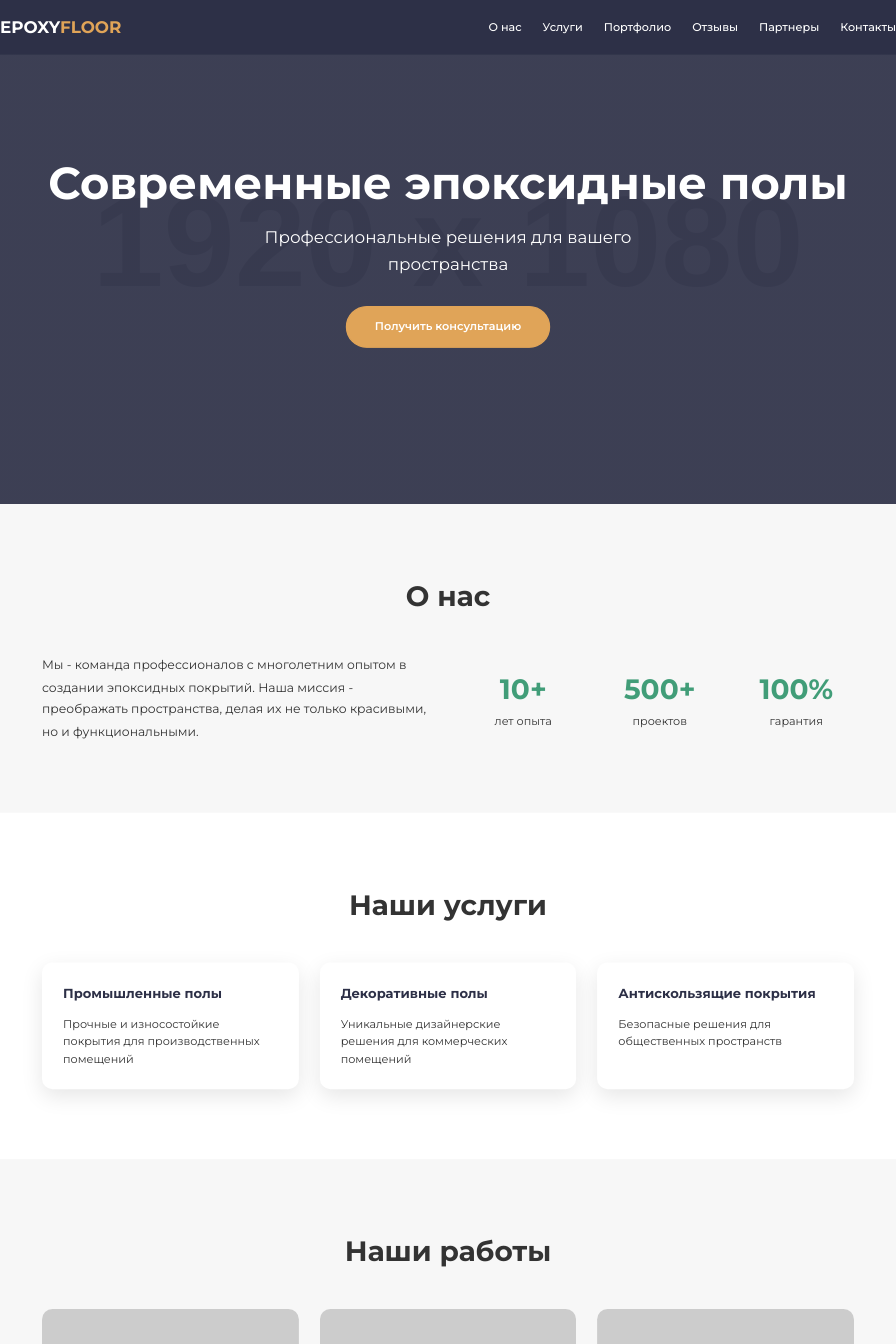
Repository: kerni-ca/kerni-ca
Page: index.html
These files come from the project's save history. The page is drawn as it stood at one moment and after the next save; the edit follows.
The browser window is 1280 px wide. The pictures show the part of the page from y = 0 to 1920 px (the page is 4367 px tall), at 70% of full size.
A picture or video elsewhere on the page could not be fetched, so the positions and the page height are approximate.

Above is the page before, as saved 2025-06-12 11:25:15.

After the next save:
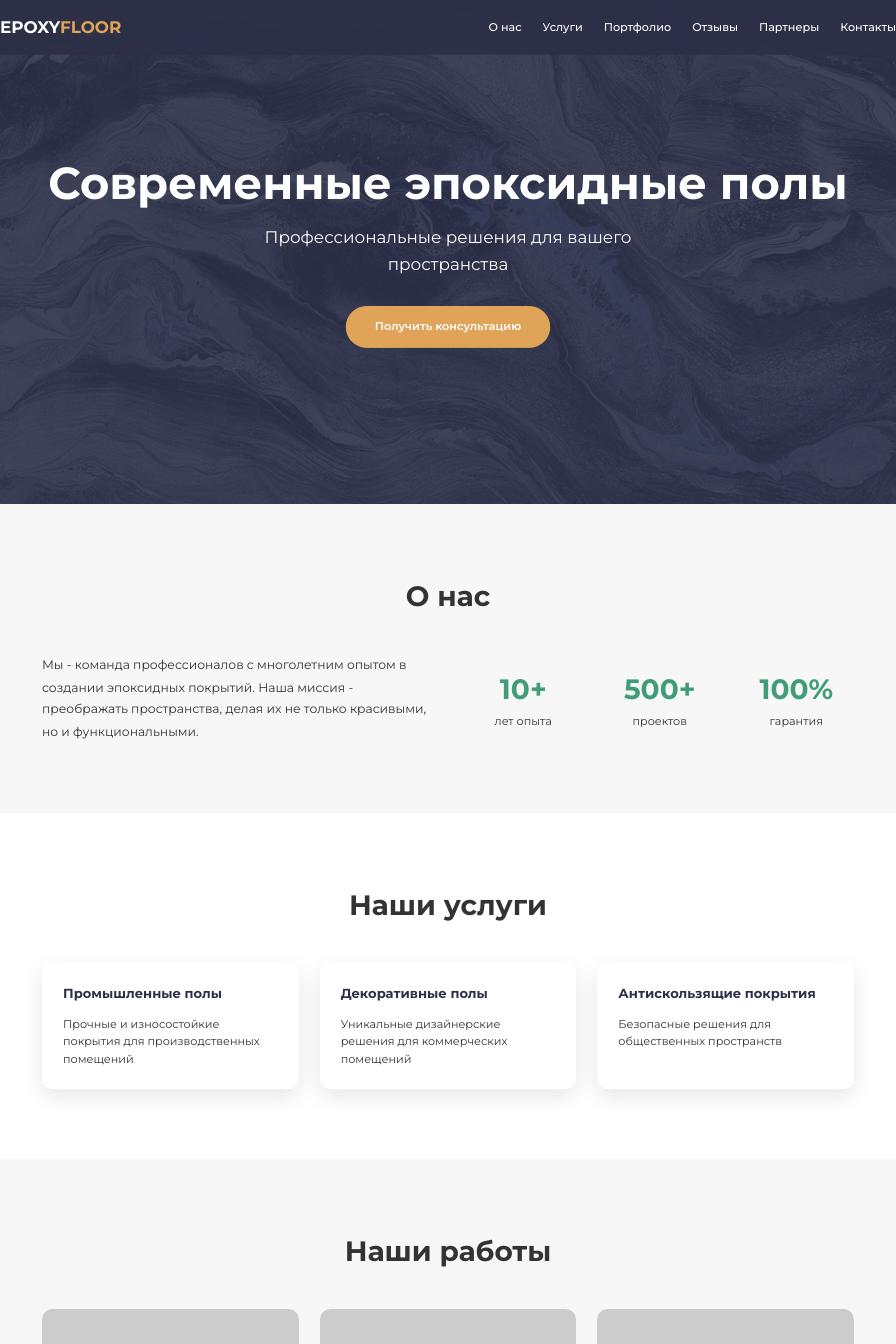
Saved 7 s later.
--- a/styles.css
+++ b/styles.css
@@ -33,7 +33,7 @@ body {
 /* Header & Navigation */
 .header {
     background: linear-gradient(rgba(45, 48, 71, 0.9), rgba(45, 48, 71, 0.9)),
-                url('https://via.placeholder.com/1920x1080') center/cover;
+                url('images/header-bg.jpg') center/cover;
     min-height: 100vh;
     color: var(--white);
 }
